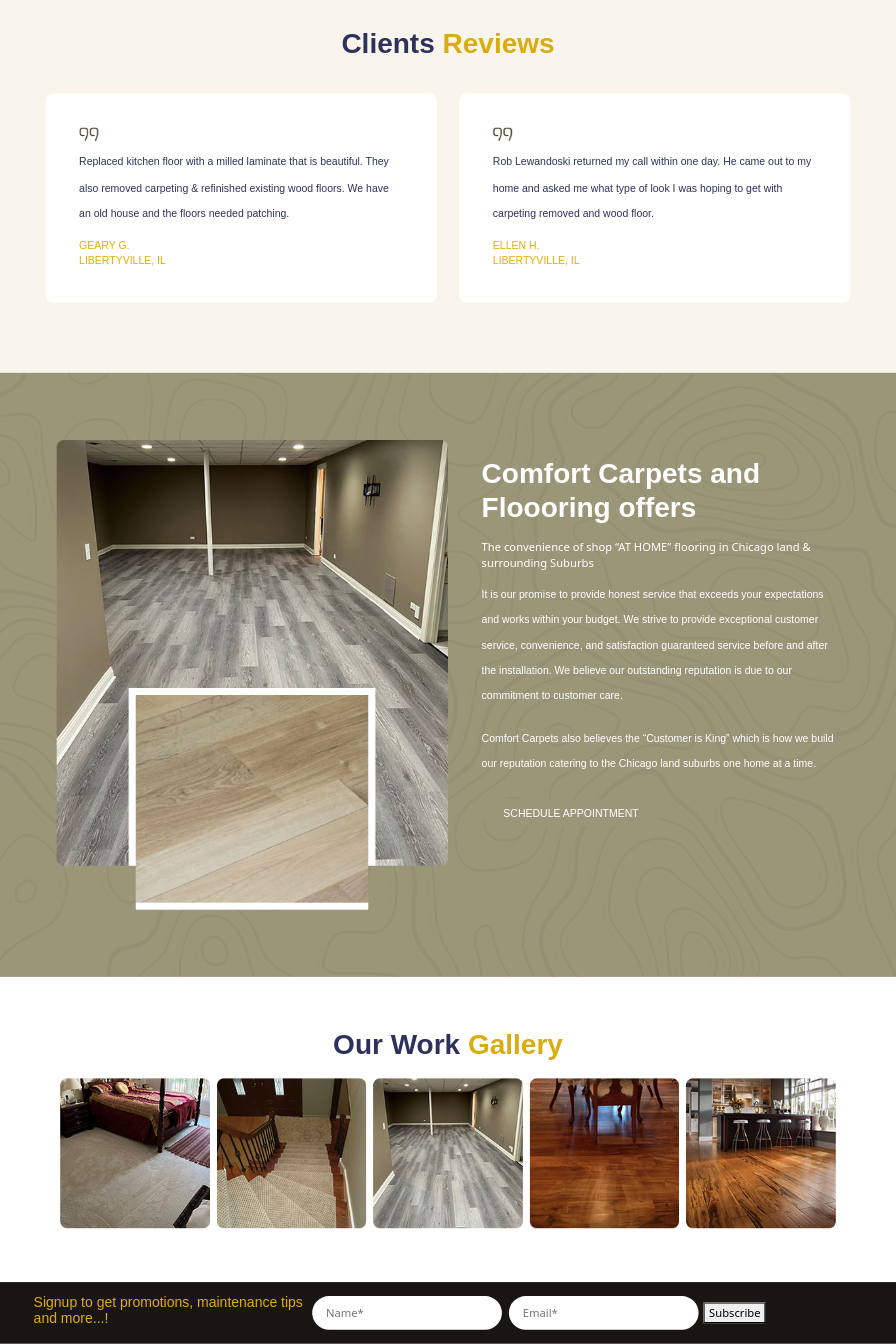
Repository: Ab-dur-Rehman/sscaseFolders
Page: index.html
The author's editor kept a copy of each file at every save. The page is drawn from the files as they stood at one save, then again after the next save.
The browser window is 1280 px wide. The pictures show the part of the page from y = 3561 to 5481 px (the page is 5481 px tall), at 70% of full size.
Some web fonts or font styles are not loaded; a fallback is used.

Above is the page before, as saved 2022-12-26 15:36:05.

After the next save:
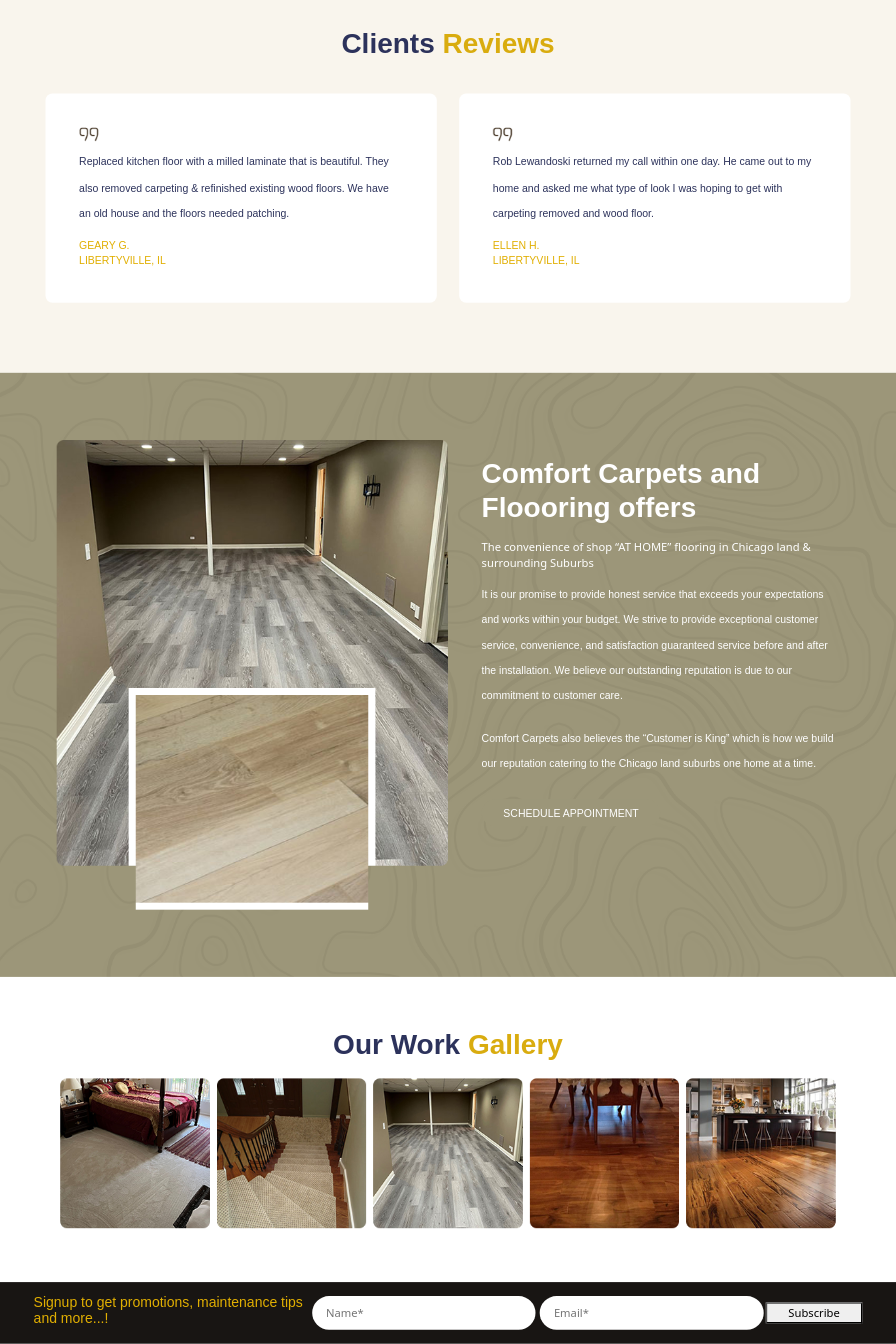
Saved 3 min 35 s later.
--- a/index.html
+++ b/index.html
@@ -251,10 +251,10 @@
                 tips and more...!</h5>
             </div>
             <div class="signup-form col-md-8">
-              <form action="">
-                <input type="text" name="name" placeholder="Name*"/>
-                <input type="email" name="email" placeholder="Email*"/>
-                <button type="submit">Subscribe</button>
+              <form action="" class="d-flex flex-row align-items-center">
+                <input class="flex-fill" type="text" name="name" placeholder="Name*"/>
+                <input class="flex-fill" type="email" name="email" placeholder="Email*"/>
+                <button class="flex-fill" type="submit">Subscribe</button>
               </form>
             </div>
           </div>
